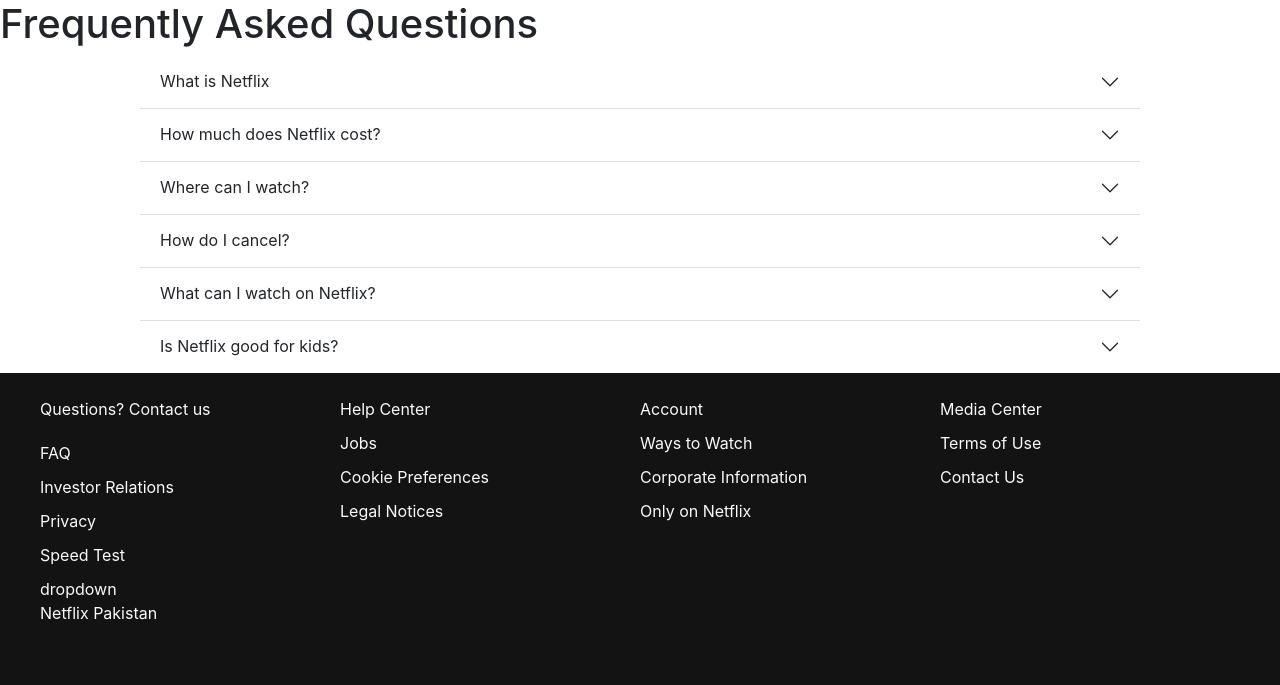
Repository: WajihaGul/Netflix-Clone
Page: /
These files come from the project's save history. The page is drawn as it stood at one moment and after the next save; the edit follows.
The browser window is 1280 px wide. The pictures show the part of the page from y = 621 to 1306 px (the page is 1306 px tall before and 1298 px after).
The project was rebuilt for these pictures with package versions that can differ from the ones it lists, and the page was loaded fresh each time. Also part of the build but not shown: src/App.css.

Above is the page before, as saved 2024-05-24 15:16:20.

### public/index.html
<!DOCTYPE html>
<html lang="en">
  <head>
    <meta charset="utf-8" />
    <link rel="icon" href="https://encrypted-tbn0.gstatic.com/images?q=tbn:ANd9GcSJd82jZdXs8Uj9CX3mJFuRF27MZB7q_34xAg&s" />
    <meta name="viewport" content="width=device-width, initial-scale=1" />
    <meta name="theme-color" content="#000000" />
    <meta
      name="description"
      content="Web site created using create-react-app"
    />
    <link rel="apple-touch-icon" href="%PUBLIC_URL%/logo192.png" />
    <!--
      manifest.json provides metadata used when your web app is installed on a
      user's mobile device or desktop. See https://developers.google.com/web/fundamentals/web-app-manifest/
    -->
    <link rel="manifest" href="%PUBLIC_URL%/manifest.json" />
    <!--
      Notice the use of %PUBLIC_URL% in the tags above.
      It will be replaced with the URL of the `public` folder during the build.
      Only files inside the `public` folder can be referenced from the HTML.

      Unlike "/favicon.ico" or "favicon.ico", "%PUBLIC_URL%/favicon.ico" will
      work correctly both with client-side routing and a non-root public URL.
      Learn how to configure a non-root public URL by running `npm run build`.
    -->
    <title>Netflix- Watch TV Shows Online, Watch Movies Online</title>
  </head>
  <body>
    <noscript>You need to enable JavaScript to run this app.</noscript>
    <div id="root"></div>
    <!--
      This HTML file is a template.
      If you open it directly in the browser, you will see an empty page.

      You can add webfonts, meta tags, or analytics to this file.
      The build step will place the bundled scripts into the <body> tag.

      To begin the development, run `npm start` or `yarn start`.
      To create a production bundle, use `npm run build` or `yarn build`.
    -->
  </body>
</html>

### src/index.js
import "bootstrap/dist/css/bootstrap.min.css";
import React from "react";
import ReactDOM from "react-dom/client";
import "./index.css";
import App from "./App";
import reportWebVitals from "./reportWebVitals";

const root = ReactDOM.createRoot(document.getElementById("root"));
root.render(
  <React.StrictMode>
    <App />
  </React.StrictMode>
);

// If you want to start measuring performance in your app, pass a function
// to log results (for example: reportWebVitals(console.log))
// or send to an analytics endpoint. Learn more: https://bit.ly/CRA-vitals
reportWebVitals();

### src/App.js
import "./App.css";
import Footer from "./Components/Footer/Footer";
import FAQs from "./Components/FAQs/FAQs";
import SignupHere from "./Components/SignupHere/SignupHere";

function App() {
  return (
    <>
      <SignupHere />
      <FAQs />
      <Footer />
    </>
  );
}

export default App;

### src/Components/Footer/Footer.jsx
import React from "react";
import styles from "./Footer.module.css";
const Footer = () => {
  return (
    <>
      <footer className={`bg-dark text-light py-4 ${styles.mainclass}`}>
        <div className={styles.container}>
          <div className="row">
            <div className={styles.FooterHere}>
              <div className="col-lg-12">
                <p>Questions? Contact us </p>
                <ul>
                  <li>FAQ</li>
                  <li>Investor Relations</li>
                  <li>Privacy</li>
                  <li>Speed Test</li>
                  dropdown
                  <li>Netflix Pakistan</li>
                </ul>
              </div>

              <div className="col-lg-12">
                <ul>
                  <li>Help Center</li>
                  <li>Jobs</li>
                  <li>Cookie Preferences</li>
                  <li>Legal Notices</li>
                </ul>
              </div>

              <div className="col-lg-12 ">
                <ul>
                  <li>Account</li>
                  <li>Ways to Watch</li>
                  <li>Corporate Information</li>
                  <li>Only on Netflix</li>
                </ul>
              </div>

              <div className="col-lg-12 ">
                <ul>
                  <li>Media Center</li>
                  <li>Terms of Use</li>
                  <li>Contact Us</li>
                </ul>
              </div>
            </div>
          </div>
        </div>
      </footer>
    </>
  );
};

export default Footer;

### src/Components/FAQs/FAQs.jsx
import "bootstrap/dist/js/bootstrap.bundle.min.js"; // Import Bootstrap JavaScript
import React from "react";
import styles from "./FAQs.module.css";
const FAQs = () => {
  return (
    <>
      <h1>Frequently Asked Questions</h1>
      <div
        className={`accordion accordion-flush id="accordionFlushExample" ${styles.container}`}
      >
        <div className="accordion-item">
          <h2 className="accordion-header">
            <button
              className="accordion-button collapsed"
              type="button"
              data-bs-toggle="collapse"
              data-bs-target="#flush-collapseOne"
              aria-expanded="false"
              aria-controls="flush-collapseOne"
            >
              What is Netflix
            </button>
          </h2>
          <div
            id="flush-collapseOne"
            className="accordion-collapse collapse"
            data-bs-parent="#accordionFlushExample"
          >
            <div className="accordion-body">
              Netflix is a streaming service that offers a wide variety of
              award-winning TV shows, movies, anime, documentaries, and more on
              thousands of internet-connected devices. You can watch as much as
              you want, whenever you want without a single commercial – all for
              one low monthly price. There's always something new to discover
              and new TV shows and movies are added every week!
            </div>
          </div>
        </div>
        <div className="accordion-item">
          <h2 className="accordion-header">
            <button
              className="accordion-button collapsed"
              type="button"
              data-bs-toggle="collapse"
              data-bs-target="#flush-collapseTwo"
              aria-expanded="false"
              aria-controls="flush-collapseTwo"
            >
              How much does Netflix cost?
            </button>
          </h2>
          <div
            id="flush-collapseTwo"
            className="accordion-collapse collapse"
            data-bs-parent="#accordionFlushExample"
          >
            <div className="accordion-body">
              Watch Netflix on your smartphone, tablet, Smart TV, laptop, or
              streaming device, all for one fixed monthly fee. Plans range from
              Rs 250 to Rs 1,100 a month. No extra costs, no contracts.
            </div>
          </div>
        </div>
        <div className="accordion-item">
          <h2 className="accordion-header">
            <button
              className="accordion-button collapsed"
              type="button"
              data-bs-toggle="collapse"
              data-bs-target="#flush-collapseThree"
              aria-expanded="false"
              aria-controls="flush-collapseThree"
            >
              Where can I watch?
            </button>
          </h2>
          <div
            id="flush-collapseThree"
            className="accordion-collapse collapse"
            data-bs-parent="#accordionFlushExample"
          >
            <div className="accordion-body">
              Watch anywhere, anytime. Sign in with your Netflix account to
              watch instantly on the web at netflix.com from your personal
              computer or on any internet-connected device that offers the
              Netflix app, including smart TVs, smartphones, tablets, streaming
              media players and game consoles. You can also download your
              favorite shows with the iOS, Android, or Windows 10 app. Use
              downloads to watch while you're on the go and without an internet
              connection. Take Netflix with you anywhere.
            </div>
          </div>
        </div>
        <div className="accordion-item">
          <h2 className="accordion-header">
            <button
              className="accordion-button collapsed"
              type="button"
              data-bs-toggle="collapse"
              data-bs-target="#flush-collapseOne"
              aria-expanded="false"
              aria-controls="flush-collapseOne"
            >
              How do I cancel?
            </button>
          </h2>
          <div
            id="flush-collapseOne"
            className="accordion-collapse collapse"
            data-bs-parent="#accordionFlushExample"
          >
            <div className="accordion-body">
              Netflix is flexible. There are no pesky contracts and no
              commitments. You can easily cancel your account online in two
              clicks. There are no cancellation fees – start or stop your
              account anytime.
            </div>
          </div>
        </div>
        <div className="accordion-item">
          <h2 className="accordion-header">
            <button
              className="accordion-button collapsed"
              type="button"
              data-bs-toggle="collapse"
              data-bs-target="#flush-collapseTwo"
              aria-expanded="false"
              aria-controls="flush-collapseTwo"
            >
              What can I watch on Netflix?
            </button>
          </h2>
          <div
            id="flush-collapseTwo"
            className="accordion-collapse collapse"
            data-bs-parent="#accordionFlushExample"
          >
            <div className="accordion-body">
              Netflix has an extensive library of feature films, documentaries,
              TV shows, anime, award-winning Netflix originals, and more. Watch
              as much as you want, anytime you want.
            </div>
          </div>
        </div>
        <div className="accordion-item">
          <h2 className="accordion-header">
            <button
              className="accordion-button collapsed"
              type="button"
              data-bs-toggle="collapse"
              data-bs-target="#flush-collapseThree"
              aria-expanded="false"
              aria-controls="flush-collapseThree"
            >
              Is Netflix good for kids?
            </button>
          </h2>
          <div
            id="flush-collapseThree"
            className="accordion-collapse collapse"
            data-bs-parent="#accordionFlushExample"
          >
            <div className="accordion-body">
              The Netflix Kids experience is included in your membership to give
              parents control while kids enjoy family-friendly TV shows and
              movies in their own space. Kids profiles come with PIN-protected
              parental controls that let you restrict the maturity rating of
              content kids can watch and block specific titles you don’t want
              kids to see.
            </div>
          </div>
        </div>
      </div>
    </>
  );
};
export default FAQs;

### src/Components/SignupHere/SignupHere.jsx
import styles from "./SignupHere.module.css";

const SignupHere = () => {
  return (
    <>
      <div className={styles.imgContainer}>
        <div className={`expand-lg bg-body-tertiary ${styles.navcontainer} `}>
          <h1>NETFLIX</h1>
          className={`expand-lg bg-body-tertiary ${styles.navcontainer} `}
          <div className="container-fluid">
            <a className={styles.brand} href="#">
              <span className={styles.navstyle}>NETFLIX</span>
            </a>

            <button className={styles.navbtn} type="submit">
              Sign in
            </button>
          </div>
          <div className={styles.SignupTextDiv}>
            <h1 className={styles.SignupText}>
              Unlimited movies, TV shows, and more
            </h1>
            <p className={styles.SignupText}>Watch anywhere. Cancel anytime.</p>
            <p className={styles.SignupText}>
              Ready to watch? Enter your email to create or restart your
              membership
            </p>
            <div>
              <input
                className={styles.SignupForm}
                type="email"
                id="email"
                name="email"
                placeholder="Enter your email"
                required
              />
              <button className={styles.SignUpBtn}>Get Started</button>
            </div>
          </div>
        </div>
      </div>
    </>
  );
};

export default SignupHere;

### src/Components/Footer/Footer.module.css
.mainclass{
    background-color: #141313 !important;
}
.container {
    max-width: 1200px;
    margin: 0 auto;

  }

  .FooterHere {
    display: flex;
    flex-wrap: wrap;
    justify-content: space-between;
  }

  .FooterHere > div {
    flex: 1;
    min-width: 200px;
    margin-bottom: 20px;
  }

  ul {
    list-style: none;
    padding: 0;
  }

  ul li {
    margin-bottom: 10px;
    cursor: pointer;
  }

  ul li:hover {
    text-decoration: underline;
  }

  footer p {
    margin-bottom: 20px;
  }

  @media (max-width: 768px) {
    .FooterHere {
      flex-direction: column;
      align-items: flex-start;
    }

    .FooterHere > div {
      min-width: 100%;
    }
  }

### src/Components/FAQs/FAQs.module.css
.container{
   width:1000px;
   margin: 0 auto;
}

### src/Components/SignupHere/SignupHere.module.css
.imgContainer{
    margin-top: -79px;
    height: 700px;
    width: 100%;
    background-image: url(https://assets.nflxext.com/ffe/siteui/vlv3/a99688ca-33c3-4099-9baa-07a2e2acb398/0279102c-4f3f-4ed2-a283-cce57434d595/PK-en-20240520-popsignuptwoweeks-perspective_alpha_website_large.jpg);
}


.navbtn {
    background: #e61c1c;
    color: white;
    /* padding: 4px 17px; */
    border-radius: 7px;
    border: none;
    font-size: medium;
    font-family: emoji;
    margin-left: 343px;
    margin-right: 343px;
    padding-top: 4px;
    padding-bottom: 4px;
    height: 32px;
    width: 71px;
    margin-top: 2px;
    margin-bottom: 2px;
}

.navstyle{
    color: red;
    font-size: xx-large;
    font-family: emoji;
    padding-left: 343px;
    padding-right: 343px;
    padding-top: 10px;
    padding-bottom: 10px;
}

.navcontainer{
    background-color: transparent !important;
}
.SignupText{
    color: white;
    align-items: center;
    justify-content: center;
    display: flex;
    flex-direction: column;
}
.SignupTextDiv{
    color: white;
    align-items: center;
    justify-content: center;
    display: flex;
    flex-direction: column;
    margin-top: 170px;
}
.SignupForm{
    width: 284px;
    height: 42px;
    background: #e2dfdf;
}
.SignUpBtn{
    background: red;
    color: white;
    height: 40px;
    width: 143px;
    margin: 4px;
    /* border-radius: 7px; */
    border: none;
    font-size: larger;
}

Loaded but not shown: src/index.css (common file); src/reportWebVitals.js (common file)

After the next save:
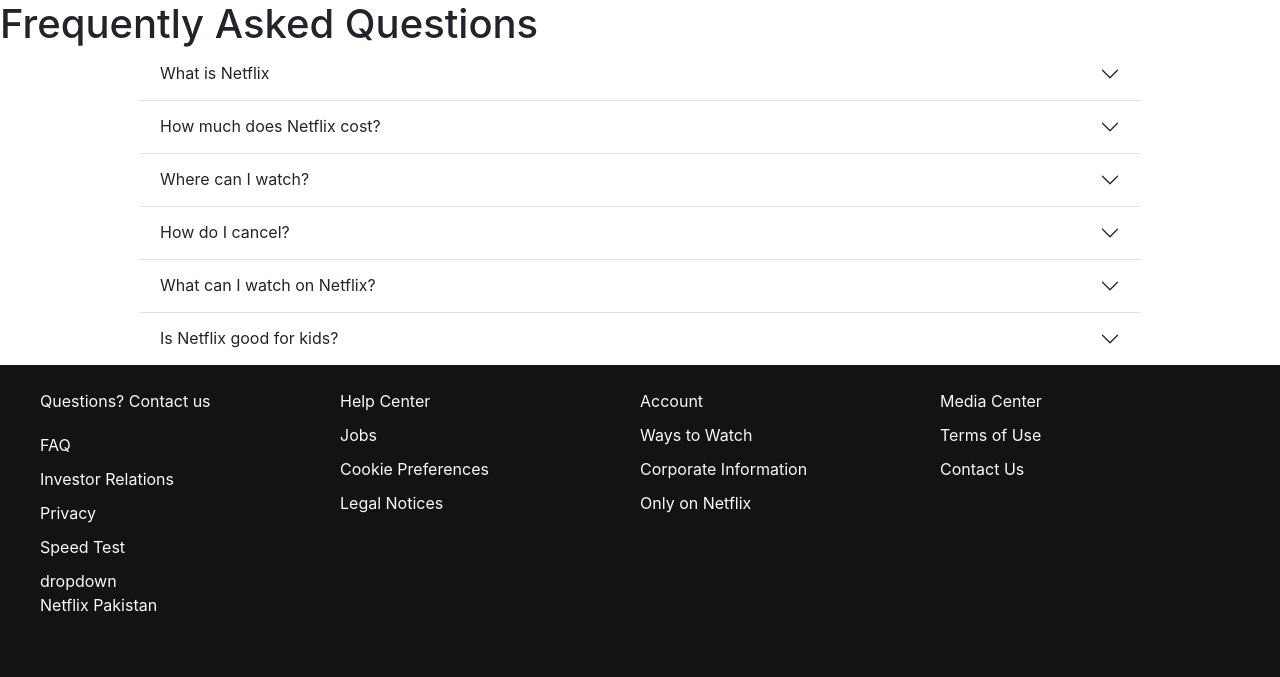
Saved 58 s later.
--- a/src/Components/FAQs/FAQs.jsx
+++ b/src/Components/FAQs/FAQs.jsx
@@ -4,7 +4,7 @@
 const FAQs = () => {
   return (
     <>
-      <h1>Frequently Asked Questions</h1>
+      <h1 className={styles.faqh1}>Frequently Asked Questions</h1>
       <div
         className={`accordion accordion-flush id="accordionFlushExample" ${styles.container}`}
       >
--- a/src/Components/FAQs/FAQs.module.css
+++ b/src/Components/FAQs/FAQs.module.css
@@ -2,3 +2,7 @@
    width:1000px;
    margin: 0 auto;
 }
+
+.faqh1{
+   margin: 0 auto;
+}
